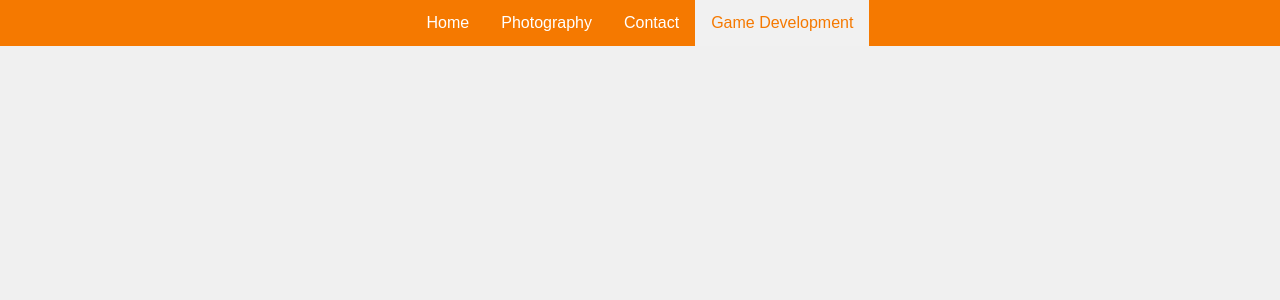
Repository: Argivist/ArgPortfolio
Page: blender/index.html
The author's editor kept a copy of each file at every save. The page is drawn from the files as they stood at one save, then again after the next save.
The browser window is 1280 px wide. The pictures show the whole page.

Above is the page before, as saved 2025-03-28 16:57:08.

### blender/index.html
<!DOCTYPE html>
<html lang="en">

<head>
    <meta charset="UTF-8">
    <meta name="viewport" content="width=device-width, initial-scale=1.0">
    <link rel="stylesheet" href="../css/styles.css">
    <link rel="stylesheet" href="../css/nav.css">
    <link rel="stylesheet" href="../css/items.css">
    <link rel="stylesheet" href="../css/blender.css">


    <title>Hutton Amison-Addy</title>

    <style>
        body{
            background-color: #f0f0f0;
            font-family: 'Arial', sans-serif;
        }
    </style>
</head>

<body>
    <nav>
        <ul>
            <li class="nav-content"><a href="../../index.html">Home</a></li>
            <li class="nav-content"><a href="https://www.instagram.com/theworldinoneseye/">Photography</a></li>

            <li class="dropdown nav-content">
                <a href="contact.html">Contact</a>
                <ul class="dropdown-content">
                    <li><a href="https://www.linkedin.com/in/hutton-amison-addy-7b1b3b1b1/">LinkedIn</a></li>
                    <li><a href="https://www.github.com/Argivist">GitHub</a></li>
                    <li><a href="mailto:hutton.amison@ashesi.edu.gh">hutton.amison@ashesi.edu.gh</a></li>
                    <li><a href="mailto:huttonaaddy.public@gmail.com">huttonaaddy.public@gmail.com</a></li>
                </ul>
            </li>

            <li class="dropdown nav-content active">
                <a href="#" class="active-text">Game Development</a>
                <ul class="dropdown-content">
                    <li><a href="../game/index.html" >Game Development Projects</a></li>
                    <li class=" "><a href="">Blender</a></li>
                </ul>
            </li>
        </ul>
    </nav>
    <div class="padding">
    </div>
        <div class="overlay">


            <!-- Preview -->
            <div id="previews"></div>

        </div>



</body>
<!-- Include PapaParse from CDN -->
<script src="https://cdnjs.cloudflare.com/ajax/libs/PapaParse/5.3.2/papaparse.min.js"></script>


<script src="./js/loadPreviews.js" defer></script>

</html>

### css/styles.css
body{
    height: 100%;
    margin: 0;
    padding: 0;
}

### css/nav.css
/* 1. Define default variables in :root */


/* NAV Content and Dropdown */
.nav-content {
    position: relative;
    display: inline-block;
}

.dropdown {
    position: relative; /* For proper absolute positioning of its child */
    display: inline-block;
}

.dropdown:hover .dropdown-content {
    display: block;
}

.dropdown-content {
    display: none;
    position: absolute; /* This makes it overlay other elements without affecting layout */
    background-color: var(--dropdown-bg);
    min-width: 160px;
    box-shadow: 0px 8px 16px 0px rgba(0,0,0,0.2);
    z-index: 1;
}

/* Nav Stylisation */
nav {
    background-color: var(--nav-bg);
    position: fixed;
    top: 0;
    left: 0;
    width: 100vw;
    z-index: 100;
    display: flex;
    justify-content: center;  /* Centers the nav content horizontally */
    align-items: center;      /* Vertically centers items */
    margin: 0;
    color: var(--nav-link-color);
}

/* Reserve space for the fixed navbar */
.padding {
    height: 35px;  /* Adjust this value to match your navbar's height */
    top: 0;
    left: 0;
    width: 100%;
    bottom: 0;
}

/* Nav List Styles */
nav ul {
    list-style-type: none;
    margin: 0;
    padding: 0;
    display: flex;
}

nav ul li {
    display: inline-block;
    margin: 0;
    text-align: center;
    /* If you want each <li> to match nav’s background: */
    background-color: var(--nav-bg);
}

/* Nav Links */
nav ul li a {
    display: block;
    color: var(--nav-link-color);
    text-align: center;
    padding: 14px 16px;
    text-decoration: none;
}

nav ul li a:hover {
    background-color: var(--nav-link-hover-bg);
    color: var(--nav-link-active-color);
}

/* Optional: Ensure dropdown list items take full width */
.dropdown ul li {
    width: 100%;
}

/* Active link styling */
.active {
    background-color: var(--active-bg);
    /* color: var(--nav-link-active-color); */
    text-decoration: none;
}
/* If .active is on the <li>, target the <a> inside */
.active-text{
    color: var(--nav-link-active-color);
}

### css/items.css
:root {
    /* Preview Box Variables */
    --preview-box-width: 300px;
    --preview-box-margin: 50px auto;
    --preview-box-border-color: #ccc;
    --preview-box-border-width: 2px;
    --preview-box-border-radius: 8px;
    --preview-box-box-shadow: 0 2px 8px rgba(0, 0, 0, 0.2);
    --preview-box-hover-scale: 1.03;

    /* Header Variables */
    --preview-header-bg: var(--nav-bg, #333);
    --preview-header-color: var(--nav-link-color, #fff);
    --preview-header-padding: 10px;
    --preview-header-font-size: 1.2em;

    /* Modal Variables */
    --modal-bg-color: rgba(0, 0, 0, 0.8);
    --modal-z-index: 200;

    --modal-content-bg: #fff;
    --modal-content-margin: 5% auto;
    --modal-content-padding: 20px;
    --modal-content-width: 80%;
    --modal-content-max-width: 1000px;
    --modal-content-border-radius: 8px;

    /* Close Button */
    --close-color: #aaa;
    --close-hover-color: #000;
    --close-font-size: 30px;

    /* Sidebar Variables */
    --sidebar-border-color: #ccc;
    --sidebar-border-width: 2px;
    --sidebar-max-height: 80vh;

    /* Extra Images */
    --extra-image-width: 100px;
    --extra-image-border: 1px solid #ccc;
    --extra-image-border-radius: 4px;
    --extra-image-hover-scale: 1.05;
  }

  /* Preview Box */
  .preview-box {
    width: var(--preview-box-width);
    margin: var(--preview-box-margin);
    border: var(--preview-box-border-width) solid var(--preview-box-border-color);
    border-radius: var(--preview-box-border-radius);
    overflow: hidden;
    cursor: pointer;
    box-shadow: var(--preview-box-box-shadow);
    transition: transform 0.3s ease;
  }

  .preview-box:hover {
    transform: scale(var(--preview-box-hover-scale));
  }

  .preview-header {
    background-color: var(--preview-header-bg);
    color: var(--preview-header-color);
    text-align: center;
    padding: var(--preview-header-padding);
    font-size: var(--preview-header-font-size);
  }

  .preview-image {
    display: block;
    width: 100%;
    height: auto;
  }

  /* Modal Styles */
  .modal {
    display: none; /* Hidden by default */
    position: fixed;
    z-index: var(--modal-z-index);
    left: 0;
    top: 0;
    width: 100%;
    height: 100%;
    overflow: auto; /* Enable scroll if needed */
    background-color: var(--modal-bg-color);
  }

  .modal-content {
    background-color: var(--modal-content-bg);
    margin: var(--modal-content-margin);
    padding: var(--modal-content-padding);
    width: var(--modal-content-width);
    max-width: var(--modal-content-max-width);
    display: flex;
    flex-wrap: wrap;
    border-radius: var(--modal-content-border-radius);
    position: relative;
  }

  .close {
    position: absolute;
    top: 10px;
    right: 15px;
    color: var(--close-color);
    font-size: var(--close-font-size);
    font-weight: bold;
    cursor: pointer;
    transition: color 0.2s;
  }

  .close:hover {
    color: var(--close-hover-color);
  }

  /* Modal image container */
  .modal-image-container {
    flex: 2 1 60%;
    padding: 10px;
  }

  .modal-image {
    width: 100%;
    height: auto;
    border-radius: 4px;
  }

  /* Modal sidebar */
  .modal-sidebar {
    flex: 1 1 35%;
    padding: 10px;
    max-height: var(--sidebar-max-height);
    overflow-y: auto;
    border-left: var(--sidebar-border-width) solid var(--sidebar-border-color);
  }

  .modal-sidebar h2 {
    margin-top: 0;
  }

  .modal-description {
    font-size: 16px;
    line-height: 1.5;
  }

  /* Extra Images Container */
  .extra-images-container {
    display: flex;
    flex-wrap: wrap;
    gap: 10px;
    margin-top: 10px;
  }

  .extra-image {
    width: var(--extra-image-width);
    height: auto;
    border: var(--extra-image-border);
    border-radius: var(--extra-image-border-radius);
    cursor: pointer;
    transition: transform 0.2s;
  }

  .extra-image:hover {
    transform: scale(var(--extra-image-hover-scale));
  }

### css/blender.css
:root {
    --nav-bg: #f57900;           /* Blender's dark gray background */
    --nav-link-color: #fff;      /* Light text for contrast */
    --nav-link-hover-bg: #3d3d3d; /* Hover background */
    --dropdown-bg: #2c2c2c;       /* Dropdown background */
    --active-bg: #f1f1f1;         /* Active background */
    --border-color: #555;         /* Border color */
    --text-color: #333;           /* Dark text */
    --nav-link-active-color: #f57900; /* Active link text (Blender's signature orange) */
}

### blender/js/loadPreviews.js
document.addEventListener("DOMContentLoaded", () => {
  // Path to your CSV file
  const csvPath = 'data/items.csv';

  // Fetch the CSV file
  fetch(csvPath)
    .then(response => response.text())
    .then(csvText => {
      // Parse CSV using PapaParse (with header: true)
      Papa.parse(csvText, {
        header: true,
        skipEmptyLines: true,
        complete: function(results) {
          const data = results.data;
          // For each row in the CSV, create a preview box
          data.forEach(row => {
            createPreview(row);
          });
        },
        error: function(err) {
          console.error("Error parsing CSV:", err);
        }
      });
    })
    .catch(error => console.error("Error fetching CSV:", error));
});

/**
 * Creates a preview box element from a CSV row.
 * @param {Object} row - A row object from the CSV with keys: mainImage, header, description, otherImagesFolder.
 */
function createPreview(row) {
  // Create the container for the preview box
  const previewBox = document.createElement('div');
  previewBox.classList.add('preview-box');

  // Create header element
  const previewHeader = document.createElement('div');
  previewHeader.classList.add('preview-header');
  previewHeader.textContent = row.header;

  // Create the image element
  const previewImage = document.createElement('img');
  // Adjust the image path if necessary
  previewImage.src = `content/${row.mainImage}/main.jpg`;
  previewImage.alt = row.header;

  // Append header and image to the preview box
  previewBox.appendChild(previewHeader);
  previewBox.appendChild(previewImage);

  // Add click event listener to open the modal
  previewBox.addEventListener('click', () => {
    openModal(row);
  });

  // Append the preview box to a container on the page.
  // Make sure you have a container with id "previews" in your HTML.
  document.getElementById('previews').appendChild(previewBox);
}

/**
 * Opens a modal window displaying the expanded image and sidebar.
 * @param {Object} row - The CSV row data.
 */
function openModal(row) {
  // Create the modal container
  const modal = document.createElement('div');
  modal.classList.add('modal');

  // Create modal content container
  const modalContent = document.createElement('div');
  modalContent.classList.add('modal-content');

  // Create the close button
  const closeBtn = document.createElement('span');
  closeBtn.classList.add('close');
  closeBtn.innerHTML = '&times;';
  closeBtn.addEventListener('click', () => {
    modal.style.display = 'none';
    modal.remove();
  });
  modalContent.appendChild(closeBtn);

  // Create the image container for the main image
  const imageContainer = document.createElement('div');
  imageContainer.classList.add('modal-image-container');
  const modalImage = document.createElement('img');
  modalImage.classList.add('modal-image');
  modalImage.src = `content/${row.mainImage}/main.jpg`;
  modalImage.alt = row.header;
  imageContainer.appendChild(modalImage);
  modalContent.appendChild(imageContainer);

  // Create the sidebar for header, description, and extra images
  const modalSidebar = document.createElement('div');
  modalSidebar.classList.add('modal-sidebar');

  // Sidebar Header
  const sidebarHeader = document.createElement('h2');
  sidebarHeader.textContent = row.header;
  modalSidebar.appendChild(sidebarHeader);

  // Description
  const descriptionDiv = document.createElement('div');
  descriptionDiv.classList.add('modal-description');
  const descriptionPara = document.createElement('p');
  descriptionPara.textContent = row.description;
  descriptionDiv.appendChild(descriptionPara);
  modalSidebar.appendChild(descriptionDiv);

  // Extra Images Container
  const extraImagesContainer = document.createElement('div');
  extraImagesContainer.classList.add('extra-images-container');
  // Load extra images recursively
  loadExtraImages(row.otherImagesFolder, 1, extraImagesContainer);

  // Append the extra images container to the sidebar
  modalSidebar.appendChild(extraImagesContainer);
  modalContent.appendChild(modalSidebar);

  // Append the modal content to the modal container
  modal.appendChild(modalContent);
  // Append the modal to the body
  document.body.appendChild(modal);

  // Display the modal
  modal.style.display = 'block';

  // Optional: Close the modal when clicking outside of the modal content
  modal.addEventListener('click', (event) => {
    if (event.target === modal) {
      modal.style.display = 'none';
      modal.remove();
    }
  });
}

/**
 * Recursively attempts to load extra images from the specified folder.
 * Stops when an image fails to load.
 * @param {string} folder - The folder containing extra images.
 * @param {number} index - The current image index to attempt.
 * @param {HTMLElement} container - The container to which extra images are appended.
 */
function loadExtraImages(folder, index, container) {
  const img = new Image();
  img.classList.add('extra-image');
  img.src = `content/${folder}/${index}.jpg`;
  img.alt = `Extra image ${index}`;

  // If the image loads, append it and try the next one
  img.onload = () => {
    container.appendChild(img);
    // Recursively attempt to load the next image
    loadExtraImages(folder, index + 1, container);
  };

  // If the image fails to load, stop the recursion
  img.onerror = () => {
    console.log(`No image found at content/${folder}/${index}.jpg, stopping extra images load.`);
  };
}

### blender/css/blenderpreview.css
:root {
    /* Override color variables */
    --nav-bg: #1f1f1f;              /* Darker navbar background */
    --nav-link-color: #d9d9d9;        /* Light gray for nav links */
    --nav-link-hover-bg: #444;       /* Hover background for nav links */
    --dropdown-bg: #2a2a2a;          /* Dark dropdown background */
    --active-bg: #ff8000;            /* Active link background, e.g., signature orange */
    --text-color: #e0e0e0;           /* General text color if needed */

    /* You can override any other variables here as desired */
    --preview-header-bg: var(--nav-bg);
    --preview-header-color: var(--nav-link-color);
  }

After the next save:
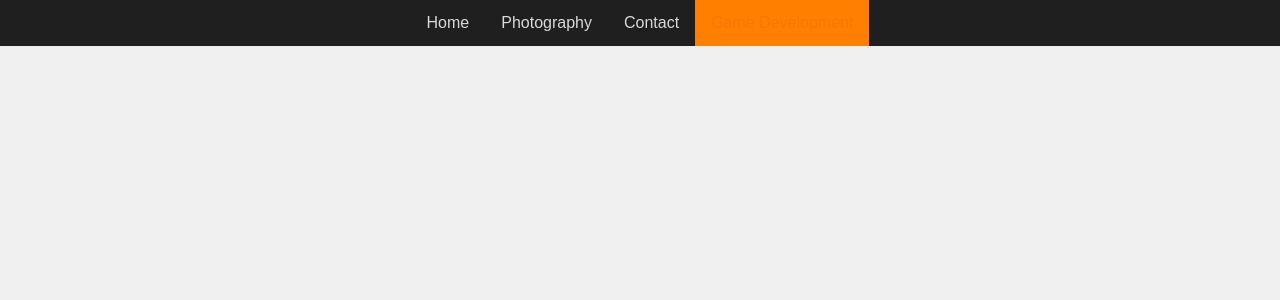
Saved 23 s later.
--- a/blender/index.html
+++ b/blender/index.html
@@ -8,6 +8,7 @@
     <link rel="stylesheet" href="../css/nav.css">
     <link rel="stylesheet" href="../css/items.css">
     <link rel="stylesheet" href="../css/blender.css">
+    <link rel="stylesheet" href="/css/blenderpreview.css">
 
 
     <title>Hutton Amison-Addy</title>
